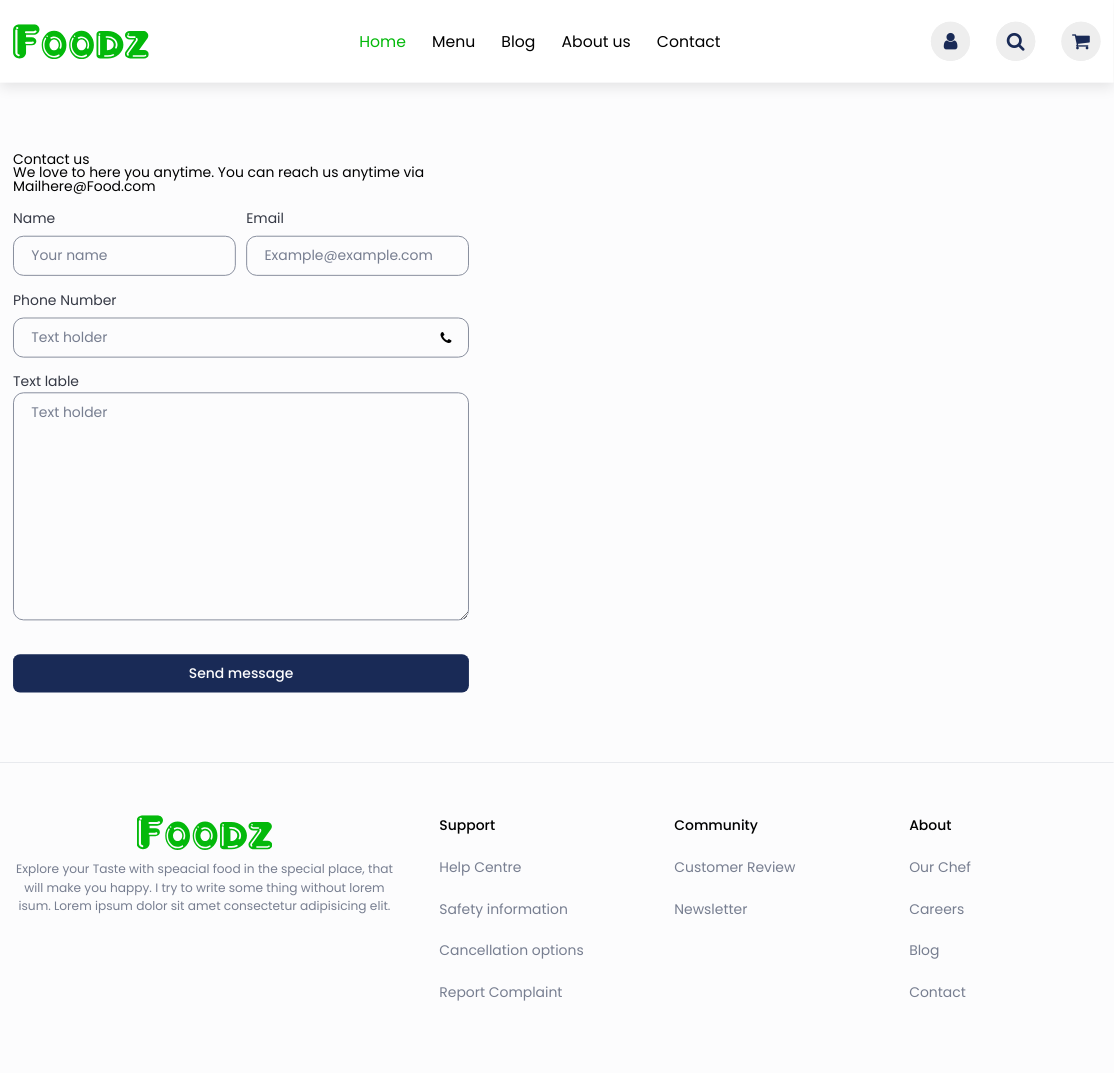
Repository: Toan3333/fooz
Page: assets/pages/contact.html
The author's editor kept a copy of each file at every save. The page is drawn from the files as they stood at one save, then again after the next save.
The browser window is 1280 px wide. The pictures show the whole page, at 87% of full size.
Some web fonts or font styles are not loaded; a fallback is used.

Above is the page before, as saved 2023-06-01 13:05:51.

### assets/pages/contact.html
<!DOCTYPE html>
<html lang="en">
  <head>
    <meta charset="UTF-8" />
    <meta http-equiv="X-UA-Compatible" content="IE=edge" />
    <meta name="viewport" content="width=device-width, initial-scale=1.0" />
    <title>Contact Us</title>
    <link rel="stylesheet" href="/assets/css/style.css" />
    <link
      href="https://fonts.googleapis.com/css?family=Poppins:100,100italic,200,200italic,300,300italic,regular,italic,500,500italic,600,600italic,700,700italic,800,800italic,900,900italic"
      rel="stylesheet"
    />
    <link
      href="https://fonts.googleapis.com/css?family=Alice:regular"
      rel="stylesheet"
    />
    <link
      rel="stylesheet"
      href="https://cdnjs.cloudflare.com/ajax/libs/font-awesome/4.7.0/css/font-awesome.min.css"
    />
  </head>
  <body>
    <div class="app">
      <!-- header -->
      <header class="header">
        <div class="container">
          <div class="header-main">
            <div class="header-logo">
              <img src="/assets/images/Logo.svg" alt="" />
            </div>
            <div class="header-menu">
              <ul class="header-nav">
                <li class="header-list">
                  <a href="/index.html" class="header-link active">Home</a>
                </li>
                <li class="header-list">
                  <a href="#" class="header-link">Menu</a>
                </li>
                <li class="header-list">
                  <a href="#" class="header-link">Blog</a>
                </li>
                <li class="header-list">
                  <a href="#" class="header-link">About us</a>
                </li>
                <li class="header-list">
                  <a href="#" class="header-link">Contact</a>
                </li>
              </ul>
            </div>
            <div class="header-auth">
              <div class="header-icon">
                <a href="#">
                  <i class="fa fa-user" aria-hidden="true"></i>
                </a>
                <a href="#">
                  <i class="fa fa-search" aria-hidden="true"></i>
                </a>
                <a href="#">
                  <i class="fa fa-shopping-cart" aria-hidden="true"></i>
                </a>
              </div>
            </div>
          </div>
        </div>
      </header>
      <!-- header end -->
      <div class="contact">
        <div class="container">
          <div class="contact-main">
            <div class="contact-content">
              <div class="contact-heading">
                <h3 class="contact-title">Contact us</h3>
                <div class="contact-text">
                  We love to here you anytime. You can reach us anytime via
                  <span>Mailhere@Food.com</span>
                </div>
              </div>
              <div class="form-container">
                <div class="form-field form-item">
                  <div class="form-field__title">Name</div>
                  <input type="text" placeholder="Your name" />
                </div>
                <div class="form-field form-item">
                  <div class="form-field__title">Email</div>
                  <input type="text" placeholder="Example@example.com" />
                </div>
              </div>
              <div class="form-field">
                <div class="form-field__title">Phone Number</div>
                <div class="form-item form-items">
                  <input type="text" placeholder="Text holder" />
                  <i class="fa fa-phone form-item__icon" aria-hidden="true"></i>
                </div>
              </div>
              <div class="form-field">
                <div class="form-field__title">Text lable</div>
                <textarea name="" id="" cols="30" rows="10">
Text holder</textarea
                >
              </div>
              <div class="contact-btn">
                <button class="button-primary contact-button">
                  Send message
                </button>
              </div>
            </div>
            <div class="contact-map"></div>
          </div>
        </div>
      </div>
      <footer class="footer">
        <div class="container">
          <div class="footer-list">
            <div class="footer-column">
              <div class="footer-center">
                <div class="footer-logo">
                  <img src="/assets/images/Logo.svg" alt="" />
                </div>
                <p class="footer-desc">
                  Explore your Taste with speacial food in the special place,
                  that will make you happy. I try to write some thing without
                  lorem isum. Lorem ipsum dolor sit amet consectetur adipisicing
                  elit.
                </p>
              </div>
            </div>
            <div class="footer-column">
              <h3 class="footer-title">Support</h3>
              <ul class="footer-menu">
                <li class="footer-item"><a href="#">Help Centre</a></li>
                <li class="footer-item"><a href="#">Safety information</a></li>
                <li class="footer-item">
                  <a href="#">Cancellation options</a>
                </li>
                <li class="footer-item"><a href="#">Report Complaint</a></li>
              </ul>
            </div>
            <div class="footer-column">
              <h3 class="footer-title">Community</h3>
              <ul class="footer-menu">
                <li class="footer-item"><a href="#">Customer Review</a></li>
                <li class="footer-item"><a href="#">Newsletter</a></li>
              </ul>
            </div>
            <div class="footer-column">
              <h3 class="footer-title">About</h3>
              <ul class="footer-menu">
                <li class="footer-item"><a href="#">Our Chef</a></li>
                <li class="footer-item"><a href="#">Careers</a></li>
                <li class="footer-item">
                  <a href="#">Blog</a>
                </li>
                <li class="footer-item"><a href="#">Contact</a></li>
              </ul>
            </div>
          </div>
        </div>
      </footer>
      <!-- loader -->
      <!-- <div class="loader-container">
        <img src="./assets/images/loader.gif" alt="" />
      </div> -->
      <!-- loader end -->
    </div>
  </body>
</html>

### assets/css/style.css
*,
*:before,
*:after {
  box-sizing: border-box;
  text-decoration: none;
  list-style: none;
}
:root {
  --font-primary: "Poppins", sans-serif;
  --font-secondary: "Alice", sans-serif;
  --primary-color: #04b90b;
  --black: #000000;
  --gray: #777e90;
  --black-2: #23262f;
  --bg-primary: #fcfcfd;
  --gray-2: #f4f5f6;
  --gray-3: #353945;
  --btn-color: #192a56;
}
* {
  margin: 0;
  padding: 0;
  font: inherit;
}
img,
picture,
svg,
video {
  display: block;
  max-width: 100%;
}
input,
select,
textarea {
  background-color: transparent;
  outline: none;
}
button {
  cursor: pointer;
  background-color: transparent;
  outline: none;
  border: 0;
}
body {
  min-height: 100vh;
  font-weight: 400;
  font-size: 16px;
  line-height: 1;
  font-family: var(--font-primary);
  background-color: var(--bg-primary);
  color: var(--black);
}
.container {
  max-width: 1330px;
  width: 100%;
  margin: 0 auto;
  padding: 0 15px;
}
/* HEADER */
.header {
  position: sticky;
  top: 0;
  left: 0;
  right: 0;
  z-index: 1000;
  padding: 25px 0;
  background-color: #fff;
  box-shadow: 0 5px 15px rgba(0, 0, 0, 0.1);
}
.header-main {
  display: flex;
  justify-content: space-between;
  align-items: center;
}
.header-logo {
  cursor: pointer;
}
.header-nav {
  display: flex;
  align-items: center;
  gap: 30px;
}
.header-link {
  font-size: 18px;
  line-height: 30px;
  font-weight: 400;
  color: var(--black);
}
.header-link:hover {
  color: var(--primary-color);
  transition: all 0.2s linear;
}
.header-link.active {
  color: var(--primary-color);
}
.header-icon {
  display: flex;
  align-items: center;
  gap: 30px;
  font-size: 22px;
}
.header-icon a,
.header-icon i {
  width: 45px;
  height: 45px;
  line-height: 45px;
  border-radius: 100rem;
  text-align: center;
  color: var(--btn-color);
  background-color: #eee;
  transition: 0.2s linear;
}
.header-icon a:hover,
.header-icon i:hover {
  color: #fff;
  background-color: var(--primary-color);
  transform: rotate(180deg);
}

/* HEADER END */

/* HERO */
.hero {
  padding: 60px 0;
}
.hero-main {
  display: flex;
  justify-content: space-between;
  gap: 40px;
}
.hero-content {
  max-width: 677px;
  width: 100%;
}
.hero-title {
  font-size: 65px;
  font-weight: 400;
  font-family: var(--font-secondary);
  line-height: 70px;
  letter-spacing: -0.5%;
  margin-bottom: 30px;
}
.hero-desc {
  font-size: 24px;
  font-weight: 400;
  line-height: 36px;
  color: var(--gray);
  margin-bottom: 25px;
}
.hero-cta {
  margin-bottom: 105px;
}
.hero-btn {
  display: flex;
  align-items: center;
  gap: 24px;
}
.hero-btn span {
  font-size: 16px;
  line-height: 24px;
  font-weight: 400;
  color: var(--primary-color);
}
.button-primary {
  background-color: var(--btn-color);
  border-radius: 8px;
  padding: 10px 20px;
  font-size: 16px;
  line-height: 24px;
  font-weight: 500;
  color: var(--bg-primary);
  transition: all 0.2s linear;
}
.button-primary:hover {
  background-color: var(--primary-color);
  letter-spacing: 1px;
}
.hero-info {
  max-width: 576px;
  width: 100%;
  background-color: var(--gray-2);
  border-radius: 16px;
  padding: 28px 56px 28px 56px;
}
.hero-list {
  display: flex;
  align-items: center;
  justify-content: space-between;
}
.hero-item {
  text-align: center;
}
.hero-number {
  font-size: 32px;
  line-height: 48px;
  font-weight: 600;
  color: var(--gray);
}
.hero-text {
  font-size: 20px;
  line-height: 30px;
  color: var(--gray);
  font-weight: 400;
}
.hero-image {
  width: 100%;
}
.hero-image img {
  width: 100%;
}
/* HERO END*/

/* SERVICE */
.service {
  padding: 80px 0;
}
.text-center__primary {
  max-width: 440px;
  margin: 0 auto;
  text-align: center;
  font-size: 48px;
  font-weight: 400;
  line-height: 55px;
  font-family: var(--font-secondary);
  text-transform: capitalize;
}
.text-primary {
  color: var(--primary-color);
}
.service-list {
  margin-top: 80px;
  display: grid;
  grid-template-columns: repeat(3, 1fr);
  grid-gap: 70px;
}
.service-item {
  display: flex;
  align-items: center;
  justify-content: center;
  flex-direction: column;
  padding: 40px 36px;
  text-align: center;
  cursor: pointer;
}
.service-item:hover {
  background: #ffffff;
  box-shadow: 0px 10px 27px rgba(53, 53, 53, 0.05);
  transition: 0.2s linear;
}
.service-icon {
  margin-bottom: 24px;
}
.service-icon a {
  width: 120px;
  height: 120px;
  border-radius: 100rem;
  background: #ffffff;
  box-shadow: 5px 9px 16px rgba(0, 0, 0, 0.04);
  display: inline-flex;
  align-items: center;
  justify-content: center;
}
.service-title {
  font-size: 28px;
  line-height: 42px;
  font-weight: 400;
  color: var(--black-2);
  margin-bottom: 6px;
}
.service-desc {
  font-size: 16px;
  line-height: 24px;
  font-weight: 400;
  color: var(--gray-3);
}
/* SERVICE END*/

/* ABOUT */
.about {
  padding: 80px 0;
}
.about-heading {
  text-align: center;
}
.about-main {
  display: flex;
  justify-content: space-between;
  align-items: center;
  gap: 130px;
  margin-top: 80px;
}
.about-center {
  max-width: 475px;
}
.about-image {
  max-width: 500px;
  width: 100%;
}
.about-image img {
  width: 100%;
}
.about-content {
  width: 100%;
}
.about-info {
  display: flex;
  align-items: center;
  gap: 94px;
  font-family: var(--font-secondary);
  margin-bottom: 12px;
}
.about-name {
  font-size: 24px;
  color: var(--primary-color);
  font-weight: 400;
  line-height: 28px;
}
.about-view {
  display: flex;
  align-items: center;
  gap: 12px;
  font-size: 14px;
  font-weight: 500;
  line-height: 20px;
  color: var(--primary-color);
}
.about-desc {
  font-size: 18px;
  line-height: 27px;
  font-weight: 400;
  color: var(--gray-3);
}
/* ABOUT END*/

/* SPECIAL */
.special {
  padding: 80px 0;
}
.special-center {
  max-width: 770px;
  margin: 0 auto;
  width: 100%;
}
.text-bottom {
  margin-top: 12px;
  font-size: 24px;
  line-height: 36px;
  color: var(--gray-3);
  font-weight: 400;
  font-family: var(--font-primary);
}
.special-list {
  margin-top: 80px;
  display: grid;
  grid-template-columns: repeat(3, 1fr);
  grid-gap: 30px;
}
.special-item {
  background-color: #ffffff;
  box-shadow: 0px 10px 27px rgba(53, 53, 53, 0.05);
  border-radius: 15px;
  padding: 24px 28px;
}
.special-image {
  position: relative;
  width: 100%;
  margin-bottom: 24px;
  cursor: pointer;
  text-align: center;
  overflow: hidden;
}
.special-image .fa-heart,
.special-image .fa-eye {
  position: absolute;
  top: 15px;
  height: 50px;
  width: 50px;
  line-height: 50px;
  background-color: #eee;
  font-size: 20px;
  border-radius: 50%;
  transition: all 0.2s linear;
}
.special-image .fa-heart:hover,
.special-image .fa-eye:hover {
  background-color: var(--primary-color);
  color: #fff;
}
.special-image .fa-heart {
  right: -150px;
}
.special-image .fa-eye {
  left: -150px;
}
.special-image:hover .fa-heart {
  right: 15px;
}
.special-image:hover .fa-eye {
  left: 15px;
}

.special-image img {
  width: 100%;
}
.special-title {
  font-size: 32px;
  line-height: 37px;
  font-weight: 400;
  color: var(--black-2);
  margin-bottom: 12px;
  font-family: var(--font-secondary);
  cursor: pointer;
}
.special-title:hover {
  color: var(--primary-color);
  transition: 0.2s linear;
}
.special-rating {
  display: flex;
  align-items: center;
  gap: 12px;
  margin-bottom: 12px;
}
.special-icon i {
  color: var(--primary-color);
}
.special-views {
  font-size: 16px;
  line-height: 24px;
  font-weight: 400;
  color: var(--gray-3);
}
.special-bottom {
  display: flex;
  align-items: center;
  justify-content: space-between;
}
.special-price {
  font-size: 40px;
  line-height: 40px;
  font-weight: 400;
  color: var(--primary-color);
  font-family: var(--font-secondary);
  text-transform: capitalize;
}
.special-arrows {
  margin-top: 48px;
  display: inline-block;
  position: relative;
  left: 50%;
  transform: translateX(-50%);
  cursor: pointer;
}
.special-main {
  display: flex;
  align-items: center;
  gap: 8px;
}
.special-btn-arrow i {
  width: 40px;
  height: 40px;
  border-radius: 100rem;
  display: inline-flex;
  border: 2px solid #e6e8ec;
  border-radius: 40px;
  align-items: center;
  justify-content: center;
  transition: 0.2s ease-in-out;
}
.special-btn-arrow i:hover {
  color: white;
  background-color: var(--primary-color);
}
/* SPECIAL END*/
/* form */
.form-main {
  margin-top: 80px;
  display: flex;
  justify-content: space-between;
  align-items: center;
  gap: 105px;
}
.form-content {
  max-width: 544px;
  width: 100%;
}
.form-title {
  font-size: 24px;
  font-weight: 400;
  line-height: 36px;
  color: var(--black-2);
  margin-bottom: 4px;
}
.form-text {
  font-size: 16px;
  line-height: 24px;
  font-weight: 400;
  margin-bottom: 24px;
}
.form-list {
  display: flex;
  align-items: center;
  justify-content: space-between;
  margin-bottom: 8px;
  font-size: 16px;
  line-height: 24px;
  font-weight: 400;
}
.form-list span {
  color: var(--primary-color);
}
.form-meal__select {
  width: 100%;
}
.form-meal__select select {
  width: 100%;
  padding: 10px 20px 10px 20px;
  border-radius: 12px;
  color: var(--gray);
}
.form-meal__add {
  color: var(--primary-color);
  display: flex;
  align-items: center;
  gap: 4px;
  font-size: 14px;
  line-height: 21px;
  margin-top: 8px;
}
.form-container {
  display: flex;
  justify-content: space-between;
  align-items: center;
}
.form-field {
  font-size: 16px;
  font-weight: 400;
  line-height: 24px;
  margin-top: 16px;
}
.form-field__title {
  font-size: 16px;
  line-height: 24px;
  font-weight: 400;
  color: var(--gray-3);
}
.form-item {
  max-width: 256px;
  width: 100%;
  position: relative;
}
.form-item.form-items {
  max-width: 544px;
  width: 100%;
}
.form-input__cash {
  width: 100%;
}
.form-item__icon {
  position: absolute;
  top: 23px;
  right: 20px;
}
.form-field input {
  width: 100%;
  padding: 10px 20px 10px 20px;
  border-radius: 12px;
  border: 1px solid var(--gray);
  margin-top: 8px;
}
.form-field input::placeholder {
  font-size: 16px;
  font-weight: 400;
  color: var(--gray);
}
.form-field.form-item {
  max-width: 256px;
  width: 100%;
}
.form-field textarea {
  width: 100%;
  padding: 10px 20px;
  border: 1px solid var(--gray);
  border-radius: 12px;
  color: var(--gray);
  font-weight: 400;
}
.form-price {
  font-size: 16px;
  line-height: 24px;
  font-weight: 400;
  color: var(--gray);
  display: flex;
  align-items: center;
  gap: 6px;
  margin-bottom: 32px;
}
.form-price span {
  font-size: 24px;
  line-height: 27px;
  font-family: var(--font-secondary);
  font-weight: 400;
  color: var(--primary-color);
}
.form-image {
  width: 100%;
}
.form-image img {
  width: 100%;
}
.loader-container {
  position: fixed;
  top: 0;
  left: 0;
  z-index: 10000;
  display: flex;
  justify-content: center;
  align-items: center;
  height: 100%;
  width: 100%;
  background-color: #fff;
}
.loader-container.fade-out {
  top: -120%;
}
.blog {
  padding: 80px 0px;
}
.blog-list {
  margin-top: 80px;
  display: grid;
  grid-template-columns: repeat(3, 1fr);
  grid-gap: 30px;
}
.blog-image {
  transition: 0.2s linear;
  width: 100%;
  overflow: hidden;
  cursor: pointer;
}

.blog-image img {
  width: 100%;
  transition: all 0.3s ease-in-out;
}
.blog-image:hover img {
  transform: scale(1.1);
}
.blog-content {
  padding: 15px 20px;
  border: 1px solid #e5e5e5;
  background-color: #ffffff;
}
.blog-title {
  font-size: 20px;
  line-height: 32px;
  margin-bottom: 8px;
  cursor: pointer;
  transition: 0.2s linear;
}
.blog-title:hover {
  color: var(--primary-color);
}
.blog-desc {
  font-size: 16px;
  line-height: 24px;
  font-weight: 400;
  color: var(--gray);
  margin-bottom: 12px;
}
.menu {
  padding: 80px 0;
}
.menu-center {
  margin-bottom: 32px;
}
.tab {
  max-width: 672px;
  width: 100%;
  margin: 0 auto;
  background-color: white;
  padding: 8px;
  box-shadow: 0px 3px 9px rgba(1, 5, 20, 0.05);
  border-radius: 8px;
  display: grid;
  grid-template-columns: repeat(3, 1fr);
  grid-gap: 36px;
}
.tab-item {
  display: flex;
  align-items: center;
  padding: 12px;
  cursor: pointer;
  transition: all 0.2s linear;
  gap: 8px;
}
.tab-item img {
  width: 33px;
  height: 33px;
}
.tab-item.active {
  background-color: var(--primary-color);
  color: white;
  border-radius: 8px;
}
.tab-item:hover {
  background-color: var(--primary-color);
  border-radius: 8px;
  color: white;
}
.contact {
  padding: 80px 0;
}
.contact-main {
  display: flex;
  justify-content: space-between;
  align-items: center;
  gap: 135px;
}
.contact-content {
  max-width: 524px;
  width: 100%;
}
.contact-btn {
  margin-top: 32px;
  width: 100%;
}
.contact-button {
  width: 100%;
}
.footer {
  padding-bottom: 80px;
  border-top: 1px solid #e6e8ec;
  padding-top: 60px;
}
.footer-list {
  display: grid;
  grid-template-columns: 2fr 1fr 1fr 1fr;
  grid-gap: 50px;
}
.footer-center {
  display: flex;
  align-items: center;
  flex-direction: column;
  text-align: center;
}
.footer-logo {
  margin-bottom: 12px;
}
.footer-desc {
  font-size: 14px;
  line-height: 21px;
  color: var(--gray);
  font-weight: 400;
}
.footer-title {
  font-size: 16px;
  line-height: 24px;
  font-weight: 500;
  color: var(--black);
  margin-bottom: 24px;
}
.footer-menu {
  display: flex;
  gap: 24px;
  flex-direction: column;
}
.footer-item a {
  font-size: 16px;
  font-weight: 400;
  line-height: 24px;
  color: var(--gray);
  transition: 0.2s linear;
}
.footer-item a:hover {
  color: var(--primary-color);
}

After the next save:
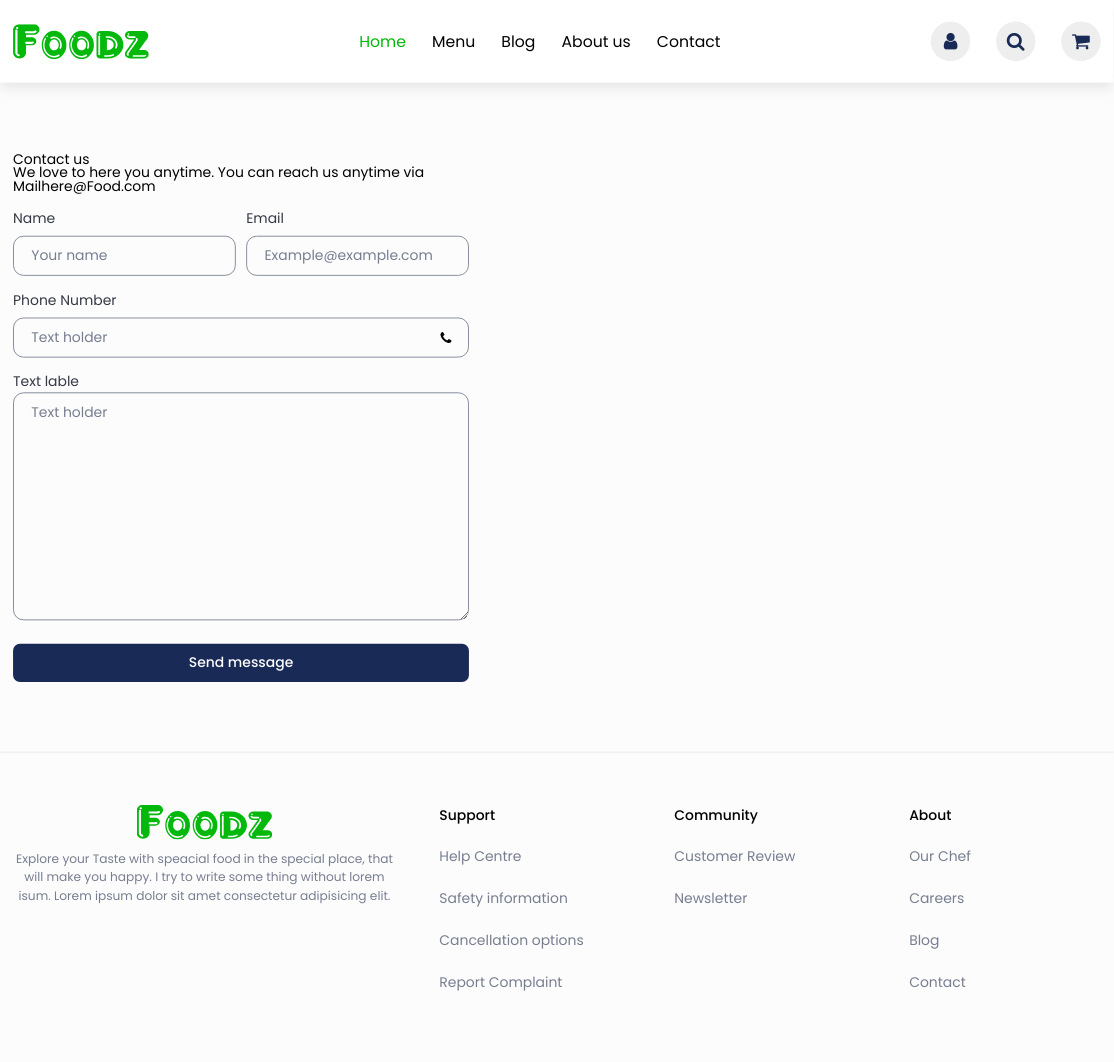
Saved 18 s later.
--- a/assets/css/style.css
+++ b/assets/css/style.css
@@ -722,7 +722,7 @@ body {
   width: 100%;
 }
 .contact-btn {
-  margin-top: 32px;
+  margin-top: 20px;
   width: 100%;
 }
 .contact-button {
